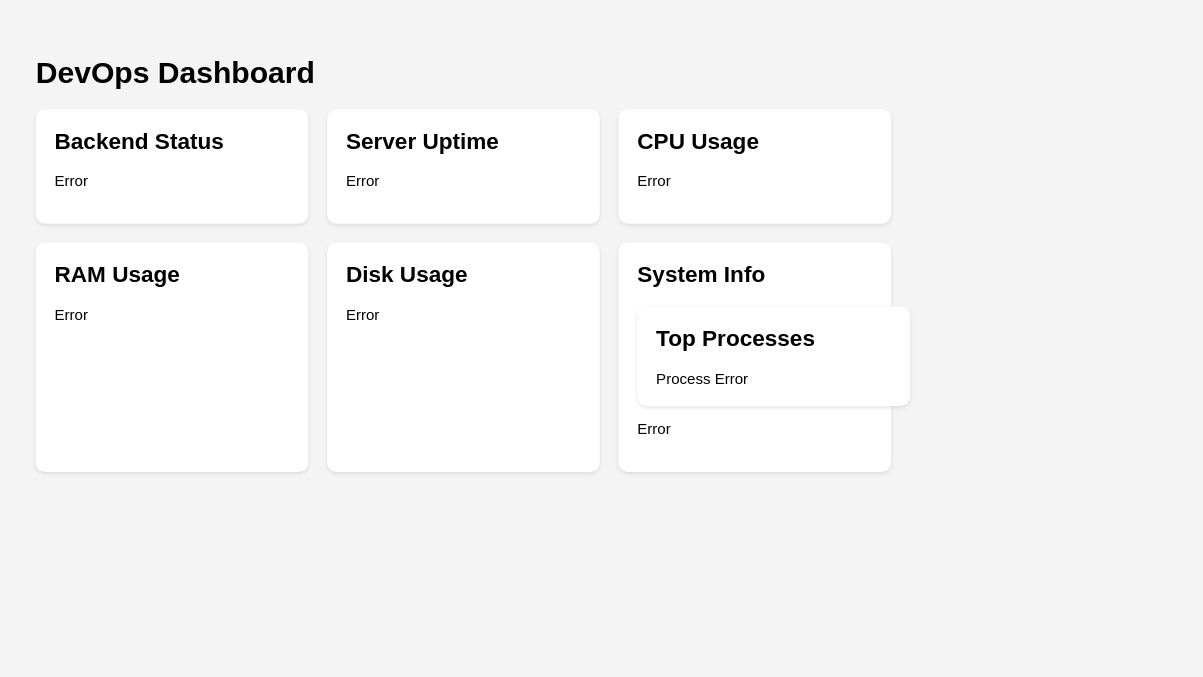
Repository: manoj-991/devops-dashboard
Page: frontend/index.html
An editor plug-in stored every save of this project. The page is shown before and after the next save, followed by the edit.
The browser window is 1280 px wide. The pictures show the whole page, at 94% of full size.
The page's requests for data from a server got no answer.

Above is the page before, as saved 2026-05-23 09:58:32.

### frontend/index.html
<!DOCTYPE html>
<html>

<head>

    <title>DevOps Dashboard</title>

    <link rel="stylesheet" href="/frontend/style.css">

</head>

<body>

    <h1>DevOps Dashboard</h1>

    <div class="dashboard">

        <div class="card">
            <h2>Backend Status</h2>
            <p id="backend-status">Loading...</p>
        </div>

        <div class="card">
            <h2>Server Uptime</h2>
            <p id="uptime-result">Loading...</p>
        </div>

        <div class="card">
            <h2>CPU Usage</h2>
            <p id="cpu-result">Loading...</p>
        </div>

        <div class="card">
            <h2>RAM Usage</h2>
            <p id="ram-result">Loading...</p>
        </div>

        <div class="card">
            <h2>Disk Usage</h2>
            <p id="disk-result">Loading...</p>
        </div>

        <div class="card">
            <h2>System Info</h2>
            <div class="card">

                <h2>Top Processes</h2>

                <div id="process-result">
                    Loading...
                </div>

            </div>

            <p id="system-result">
                Loading...
            </p>
        </div>

    </div>

    <script src="/frontend/app.js"></script>

</body>

</html>

### frontend/style.css
body {

    font-family: Arial;
    background-color: #f4f4f4;
    padding: 30px;
}

h1 {

    margin-bottom: 20px;
}

.dashboard {

    display: flex;
    gap: 20px;
    flex-wrap: wrap;
}

.card {

    background: white;
    padding: 20px;
    width: 250px;
    border-radius: 10px;

    box-shadow: 0 2px 5px rgba(0,0,0,0.1);
}

h2 {

    margin-top: 0;
}

### frontend/app.js
async function fetchData(url) {

    const response = await fetch(url);

    return await response.json();
}

async function loadDashboard() {

    try {

        const health = await fetchData("/api/health");

        document.getElementById("backend-status").innerText =
            health.status;

    } catch {

        document.getElementById("backend-status").innerText =
            "Error";
    }

    try {

        const uptime = await fetchData("/api/uptime");

        document.getElementById("uptime-result").innerText =
            uptime.uptime;

    } catch {

        document.getElementById("uptime-result").innerText =
            "Error";
    }

    try {

        const cpu = await fetchData("/api/cpu");

        document.getElementById("cpu-result").innerText =
            cpu.cpu;

    } catch {

        document.getElementById("cpu-result").innerText =
            "Error";
    }

    try {

        const ram = await fetchData("/api/ram");

        document.getElementById("ram-result").innerText =
            ram.ram;

    } catch {

        document.getElementById("ram-result").innerText =
            "Error";
    }

    try {

        const disk = await fetchData("/api/disk");

        document.getElementById("disk-result").innerText =
            disk.disk;

    } catch {

        document.getElementById("disk-result").innerText =
            "Error";
    }

    try {

        const system = await fetchData("/api/system");

        document.getElementById("system-result").innerText =
            `${system.hostname}
${system.platform}`;

    } catch {

        document.getElementById("system-result").innerText =
            "Error";
    }
    try {

        const processes = await fetchData("/api/processes");

        let html = "";

        processes.forEach(proc => {

            html += `
            <p>
                ${proc.name}<br>
                CPU: ${proc.cpu.toFixed(2)}%
            </p>
        `;
        });

        document.getElementById("process-result").innerHTML =
            html;

    } catch {

        document.getElementById("process-result").innerText =
            "Process Error";
    }
}

loadDashboard();

setInterval(loadDashboard, 5000);

After the next save:
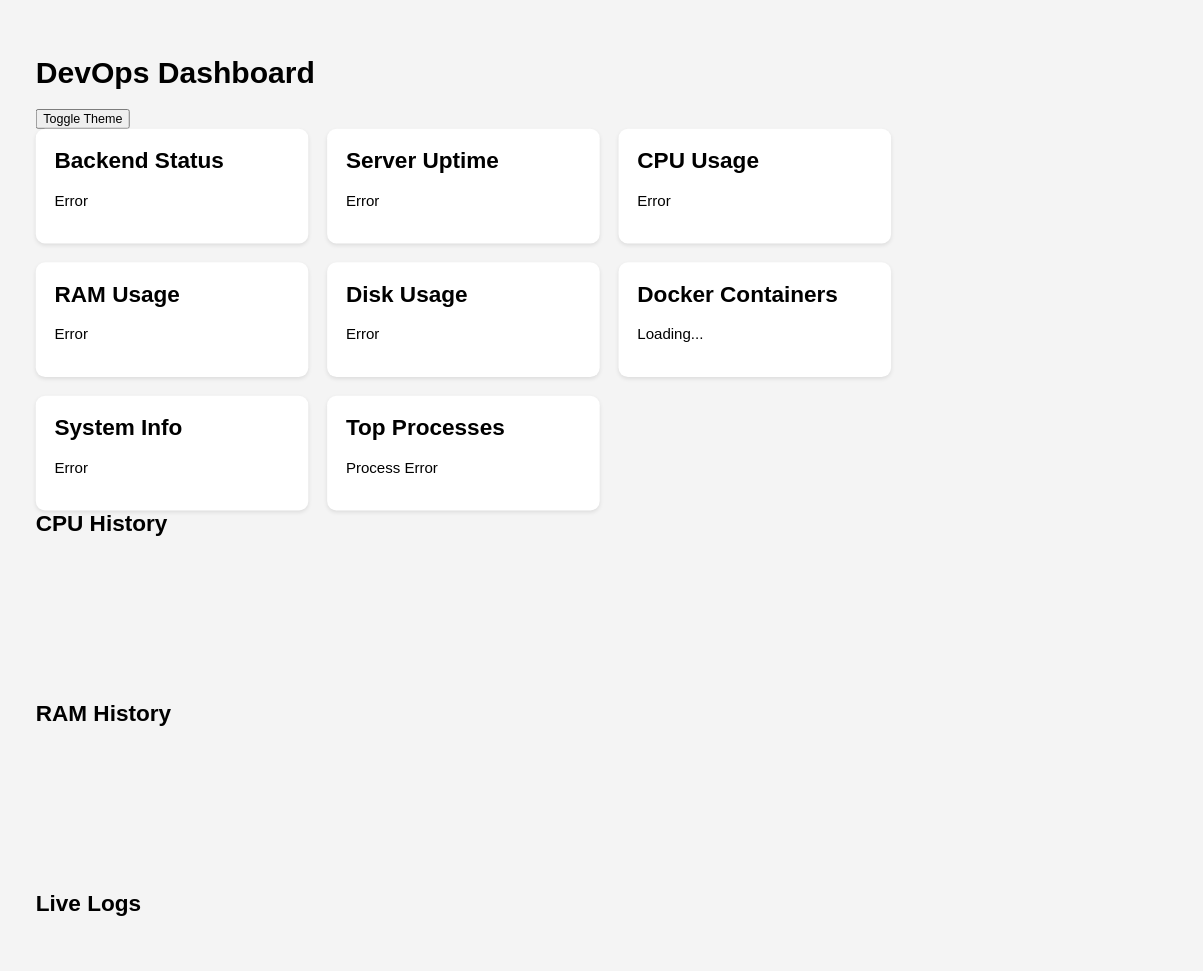
Saved 8 h 57 min later.
--- a/frontend/index.html
+++ b/frontend/index.html
@@ -7,11 +7,21 @@
 
     <link rel="stylesheet" href="/frontend/style.css">
 
+    <script src="https://cdn.jsdelivr.net/npm/chart.js"></script>
+
 </head>
 
 <body>
 
-    <h1>DevOps Dashboard</h1>
+    <div class="topbar">
+
+        <h1>DevOps Dashboard</h1>
+
+        <button onclick="toggleTheme()">
+            Toggle Theme
+        </button>
+
+    </div>
 
     <div class="dashboard">
 
@@ -41,23 +51,45 @@
         </div>
 
         <div class="card">
+            <h2>Docker Containers</h2>
+            <p id="docker-result">Loading...</p>
+        </div>
+
+        <div class="card">
             <h2>System Info</h2>
-            <div class="card">
+            <p id="system-result">Loading...</p>
+        </div>
 
-                <h2>Top Processes</h2>
-
-                <div id="process-result">
-                    Loading...
-                </div>
-
-            </div>
-
-            <p id="system-result">
-                Loading...
-            </p>
+        <div class="card process-card">
+            <h2>Top Processes</h2>
+            <div id="process-result"></div>
         </div>
 
     </div>
+
+    <div class="charts">
+
+        <div class="chart-card">
+            <h2>CPU History</h2>
+            <canvas id="cpuChart"></canvas>
+        </div>
+
+        <div class="chart-card">
+            <h2>RAM History</h2>
+            <canvas id="ramChart"></canvas>
+        </div>
+
+    </div>
+
+    <div class="logs-card">
+
+        <h2>Live Logs</h2>
+
+        <div id="logs"></div>
+
+    </div>
+
+    <div id="alert-box"></div>
 
     <script src="/frontend/app.js"></script>
 
